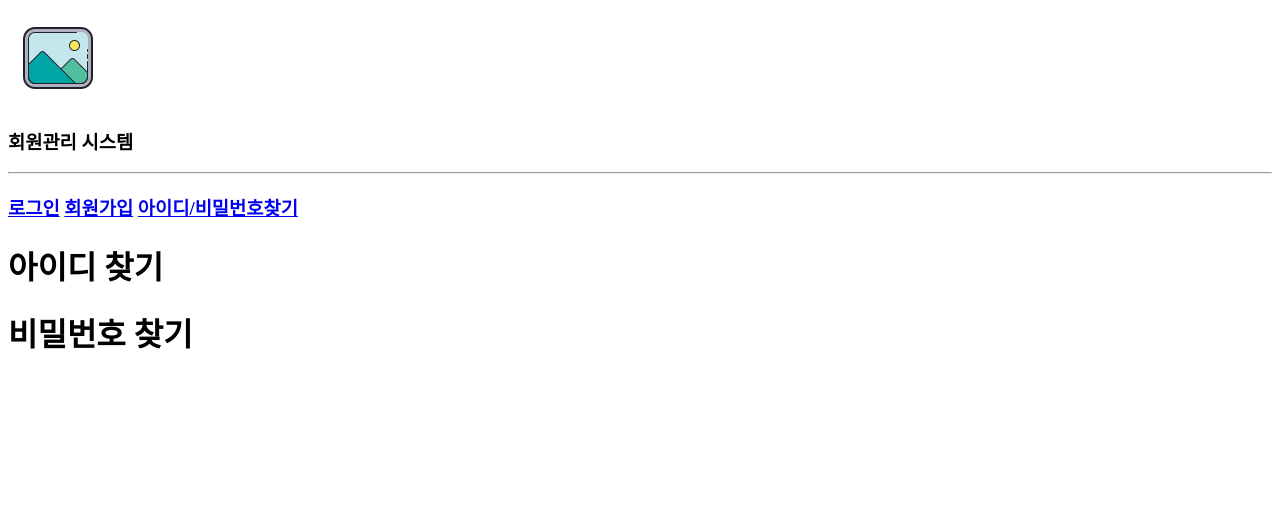
Repository: jelly02/workspace_web
Page: 02.html_form_table/src/main/webapp/findMember.html
An editor plug-in stored every save of this project. The page is shown before and after the next save, followed by the edit.
The browser window is 1280 px wide. The pictures show the whole page.

Above is the page before, as saved 2021-06-24 03:02:47.

After the next save:
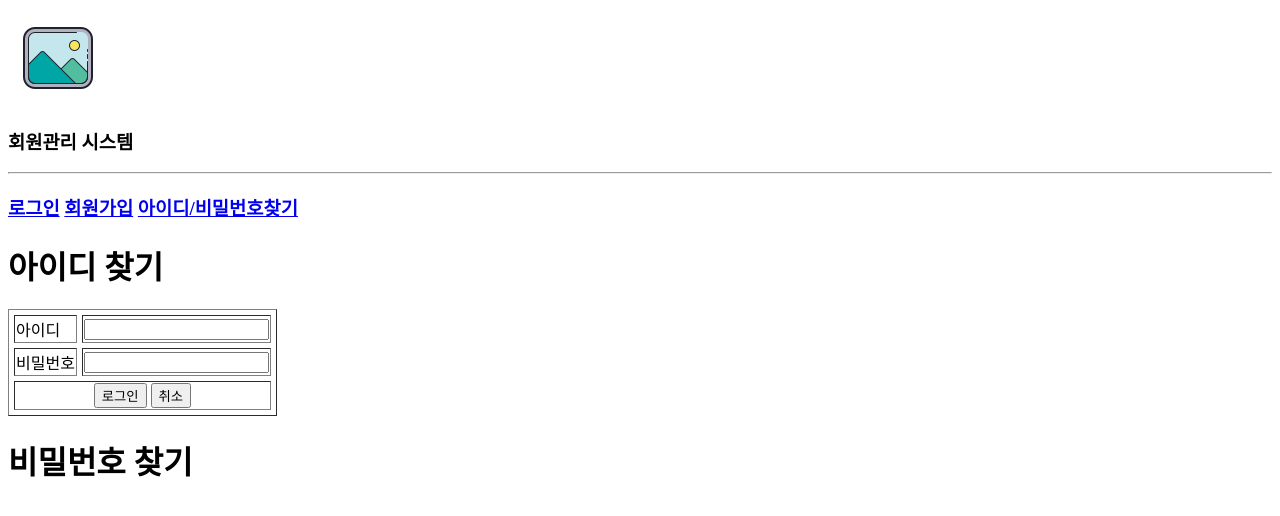
Saved 21 s later.
--- a/02.html_form_table/src/main/webapp/findMember.html
+++ b/02.html_form_table/src/main/webapp/findMember.html
@@ -19,6 +19,32 @@
 
 		<h1>아이디 찾기</h1>
 
+			<table border="1" cellspacing="5px" cellpading="5px">
+					<form action = "result.html" method = "post">
+
+					<tr>
+						<td>아이디</td>
+						<td><input type = "text" name="memberId"></td>
+					</tr>
+
+					<tr>
+						<td>비밀번호</td>
+						<td><input type = "password" name="memberPw"></td>
+					</tr>
+
+
+
+					<tr>
+						<td colspan="2" align="center">
+							<input type = "submit" value = "로그인" >
+							<input type = "reset" value = "취소">
+						</td>
+					</tr>
+
+
+					</form>
+			</table>
+
 
 		<h1>비밀번호 찾기</h1>
 
